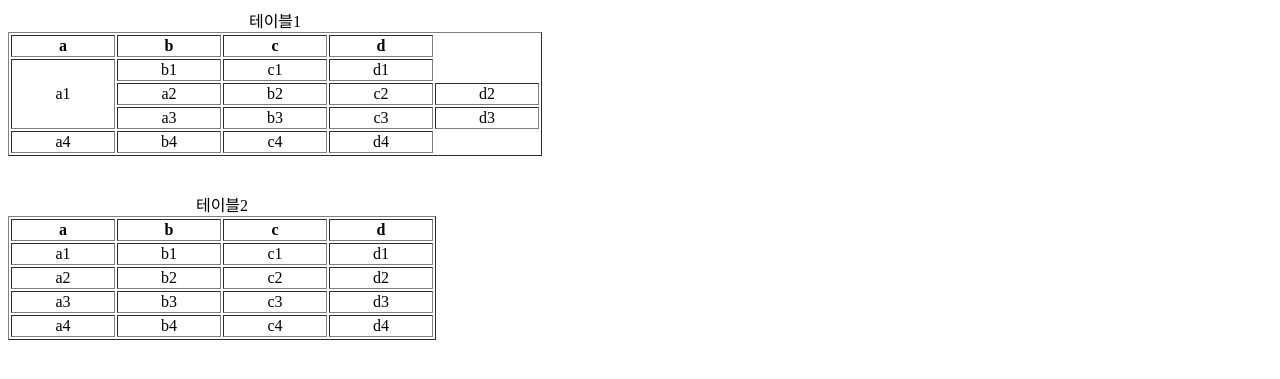
Repository: roditee/Frontend_ex
Page: HTML01/src/main/webapp/table.html
The author's editor kept a copy of each file at every save. The page is drawn from the files as they stood at one save, then again after the next save.
The browser window is 1280 px wide. The pictures show the whole page.

Above is the page before, as saved 2021-12-02 05:14:21.

After the next save:
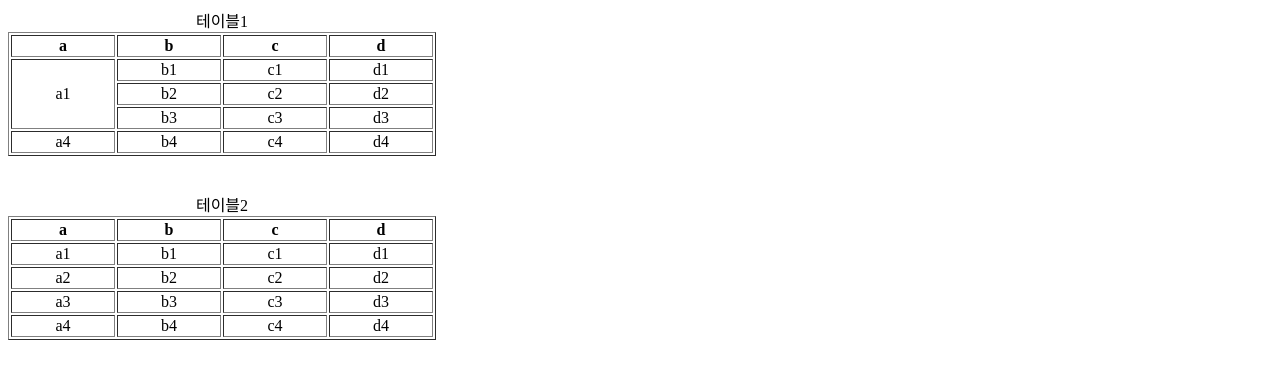
Saved 17 s later.
--- a/HTML01/src/main/webapp/table.html
+++ b/HTML01/src/main/webapp/table.html
@@ -13,8 +13,8 @@
 			<thead align="center">
 			<tr><th>a</th><th>b</th><th>c</th><th>d</th></tr>
 			<tr><td rowspan="3">a1</td><td>b1</td><td>c1</td><td>d1</td></tr>
-			<tr><td>a2</td><td>b2</td><td>c2</td><td>d2</td></tr>
-			<tr><td>a3</td><td>b3</td><td>c3</td><td>d3</td></tr>
+			<tr><td>b2</td><td>c2</td><td>d2</td></tr>
+			<tr><td>b3</td><td>c3</td><td>d3</td></tr>
 			<tr><td>a4</td><td>b4</td><td>c4</td><td>d4</td></tr>
 		</table>
 
